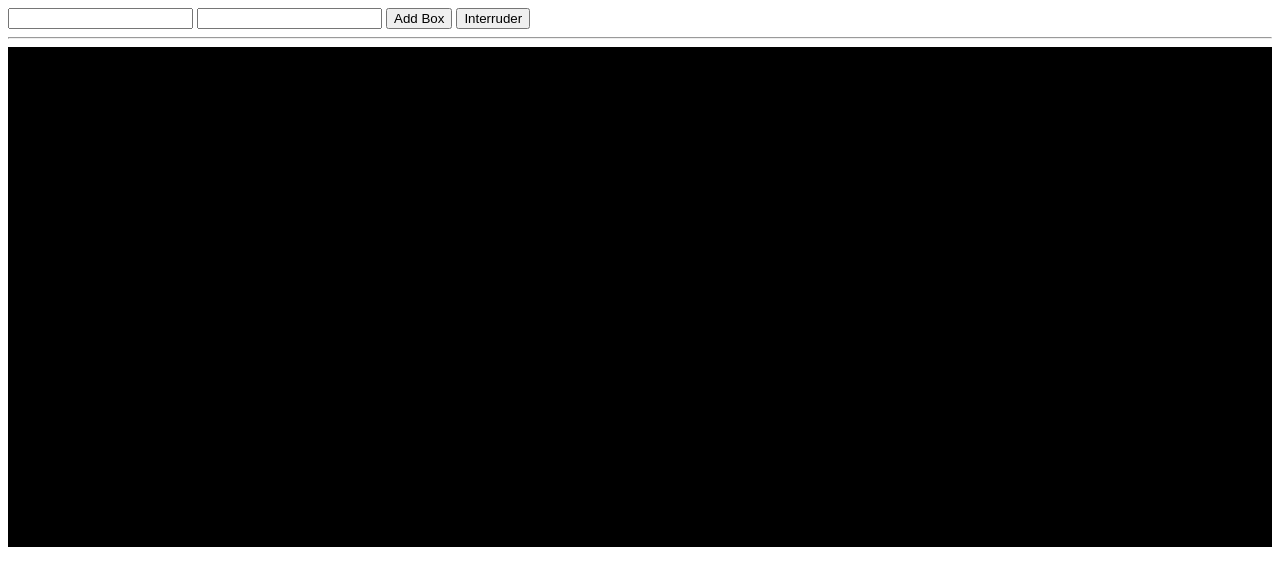
Repository: PankajSutharPersistent/vm-backup
Page: workspaceJavaScript/JSDemo/step-20.html
These files come from the project's save history. The page is drawn as it stood at one moment and after the next save; the edit follows.
The browser window is 1280 px wide. The pictures show the whole page.

Above is the page before, as saved 2016-12-30 05:49:14.

### workspaceJavaScript/JSDemo/step-20.html
<!doctype html>
<html lang="en">
<head>
	<meta charset="UTF-8" />
	<title>Document</title>
	<style type="text/css" media="screen">
		#box{

			height :500px;
			background-color: #000000;
			overflow: auto;
		}
		 #box r{
		 	height: 50px;
		 	width: 50px;
		 	margin: 5px;
		 	float: left;
		 	background-color: red;
		 }
		 #box b{
		 	height: 50px;
		 	width: 50px;
		 	margin: 5px;
		 	float: left;
		 	background-color: blue;
		 }
		 #box g{
		 	height: 50px;
		 	width: 50px;
		 	margin: 5px;
		 	float: left;
		 	background-color: green;
		 }
		 #box y{
		 	height: 50px;
		 	width: 50px;
		 	margin: 5px;
		 	float: left;
		 	background-color: yellow;
		 }

		 #someID{

		 }
	</style>
	<script type="text/javascript" charset="utf-8">
		var elm={
			create:function(cT,id){
				var id=id || genUid();

				var elm=document.createElement(cT);
				elm.innerHTML=id;
				return elm;
			}
		};

		function genUid(){
			var id=Math.round(Math.random()*255);
			return id;

		}

		window.onload=function(){
			document.getElementById("addButton").addEventListener("click",function(){
				var str=document.getElementById("colorType").value;
				var id=document.getElementById("someID").value;

				document.getElementById("box").appendChild(elm.create(str,id));
			});

		}
	</script>
</head>
<body>
	<input type="text" id="colorType"/>
	<input type="text" id="someID"/>
	<button id="addButton">Add Box</button>
	<button id="intruder">Interruder</button>
	<hr />
	<div id="box">

	</div>
</body>
</html>

After the next save:
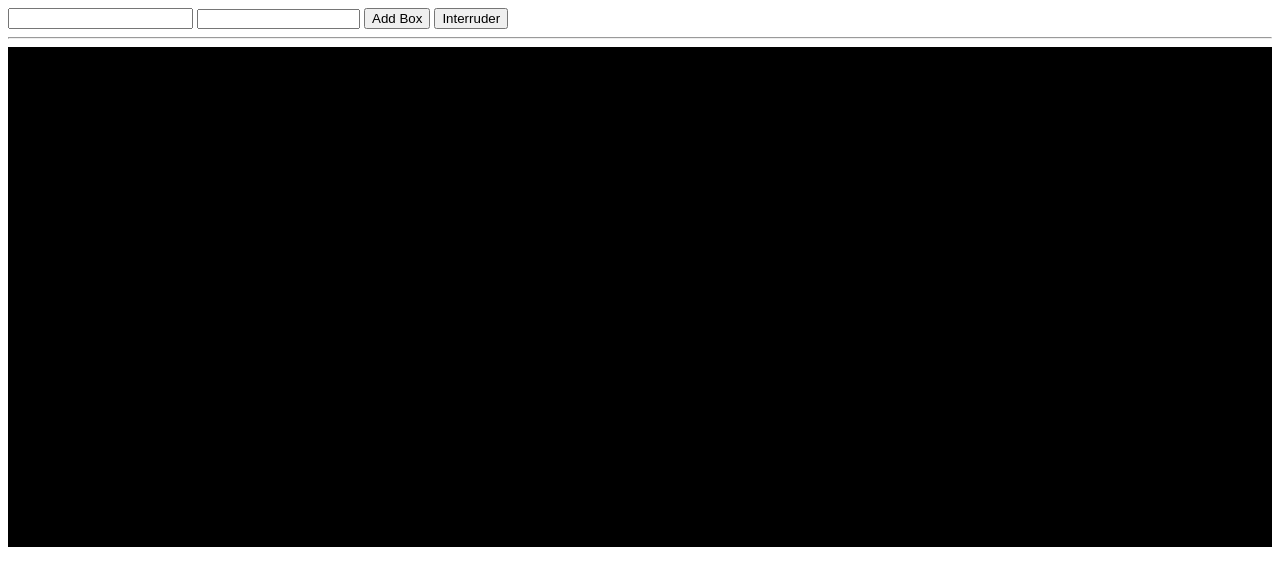
Saved 10 s later.
--- a/workspaceJavaScript/JSDemo/step-20.html
+++ b/workspaceJavaScript/JSDemo/step-20.html
@@ -40,6 +40,7 @@
 		 }
 
 		 #someID{
+		 	font-size: 12px;
 
 		 }
 	</style>
